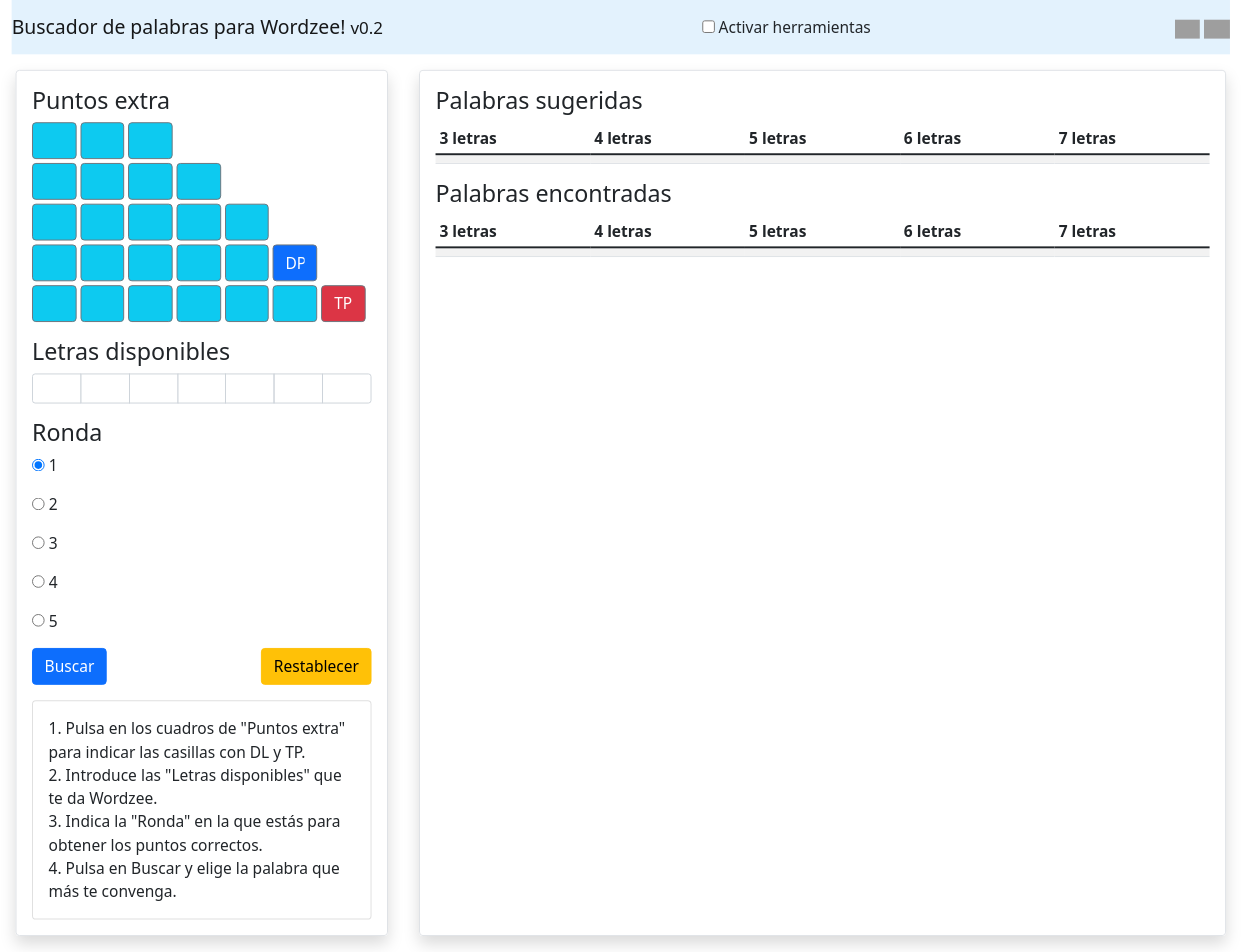
Repository: angelcafe/wordzee-bp_javascript
Page: index.html
The author's editor kept a copy of each file at every save. The page is drawn from the files as they stood at one save, then again after the next save.
The browser window is 1280 px wide. The pictures show the whole page, at 97% of full size.
Pictures or frames that could not be fetched are drawn as grey boxes.

Above is the page before, as saved 2021-10-22 21:32:37.

After the next save:
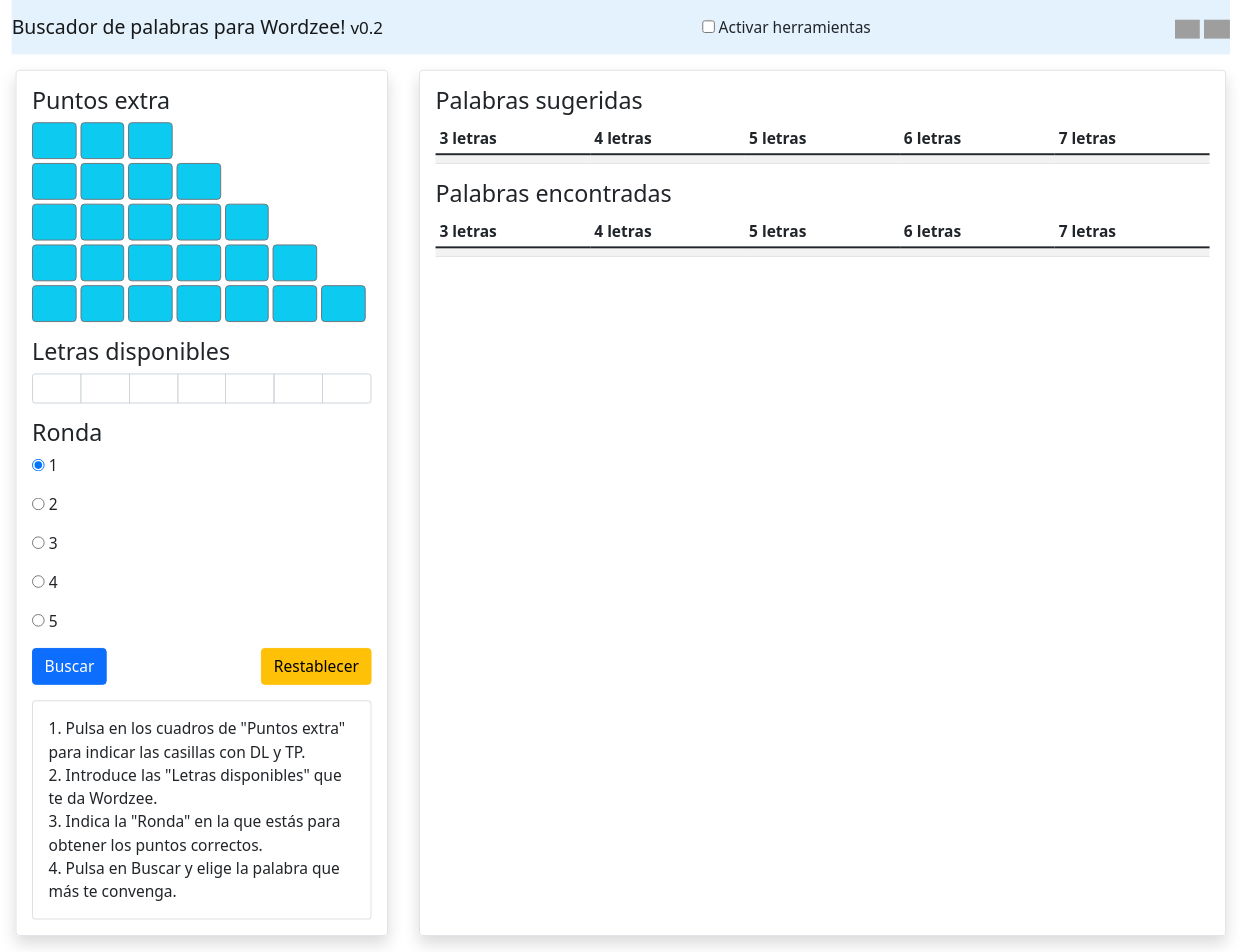
Console error: ReferenceError: $ is not defined
Saved 23 s later.
--- a/index.html
+++ b/index.html
@@ -227,8 +227,7 @@
             <i class="bi bi-eraser-fill"></i> Borrar <span id="idBorrarPalabra"></span> de la Base de Datos
         </div>
     </div>
-    <script src="https://ajax.googleapis.com/ajax/libs/jquery/3.6.0/jquery.min.js"></script>
-    <script src="https://cdn.jsdelivr.net/npm/bootstrap@4.6.0/dist/js/bootstrap.bundle.min.js" integrity="sha384-Piv4xVNRyMGpqkS2by6br4gNJ7DXjqk09RmUpJ8jgGtD7zP9yug3goQfGII0yAns" crossorigin="anonymous"></script>
+    <script src="https://cdn.jsdelivr.net/npm/bootstrap@5.1.3/dist/js/bootstrap.bundle.min.js" integrity="sha384-ka7Sk0Gln4gmtz2MlQnikT1wXgYsOg+OMhuP+IlRH9sENBO0LRn5q+8nbTov4+1p" crossorigin="anonymous"></script>
     <script src="index.js"></script>
 </body>
 

After the save that followed:
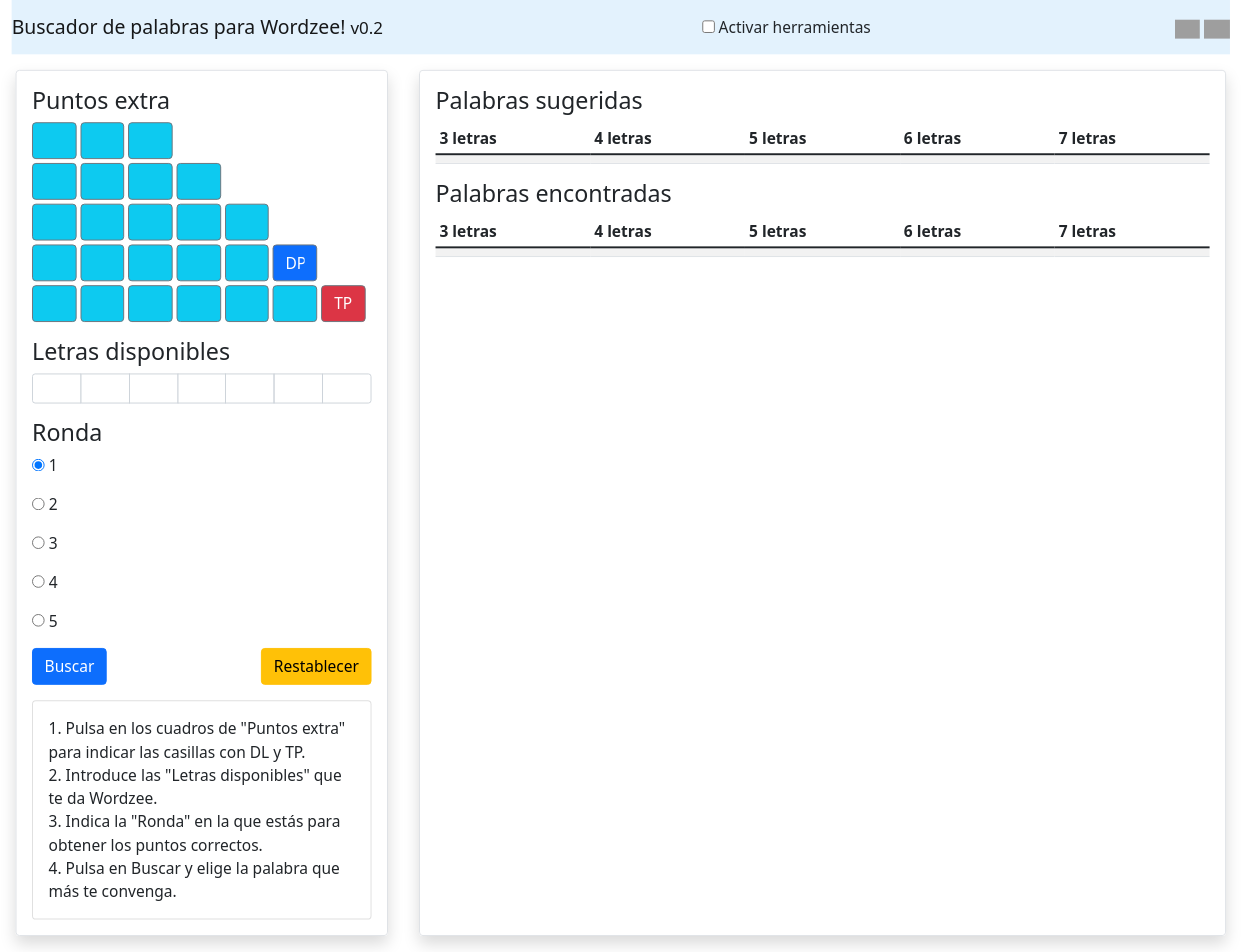
Saved 2 min 50 s later.
--- a/index.js
+++ b/index.js
@@ -1,7 +1,8 @@
 (function () {
     'use strict'
-    $("#pal6let6[value='']").val("DP");
-    $("#pal7let7[value='']").val("TP");
+
+    document.querySelector("#pal6let6[value='']").value = "DP";
+    document.querySelector("#pal7let7[value='']").value = "TP";
     for (let x = 3; x < 8; x++) {
         for (let y = 1; y < (x + 1); y++) {
             document.getElementById("pal" + x + "let" + y).addEventListener("click", cambiarValorBotones);
